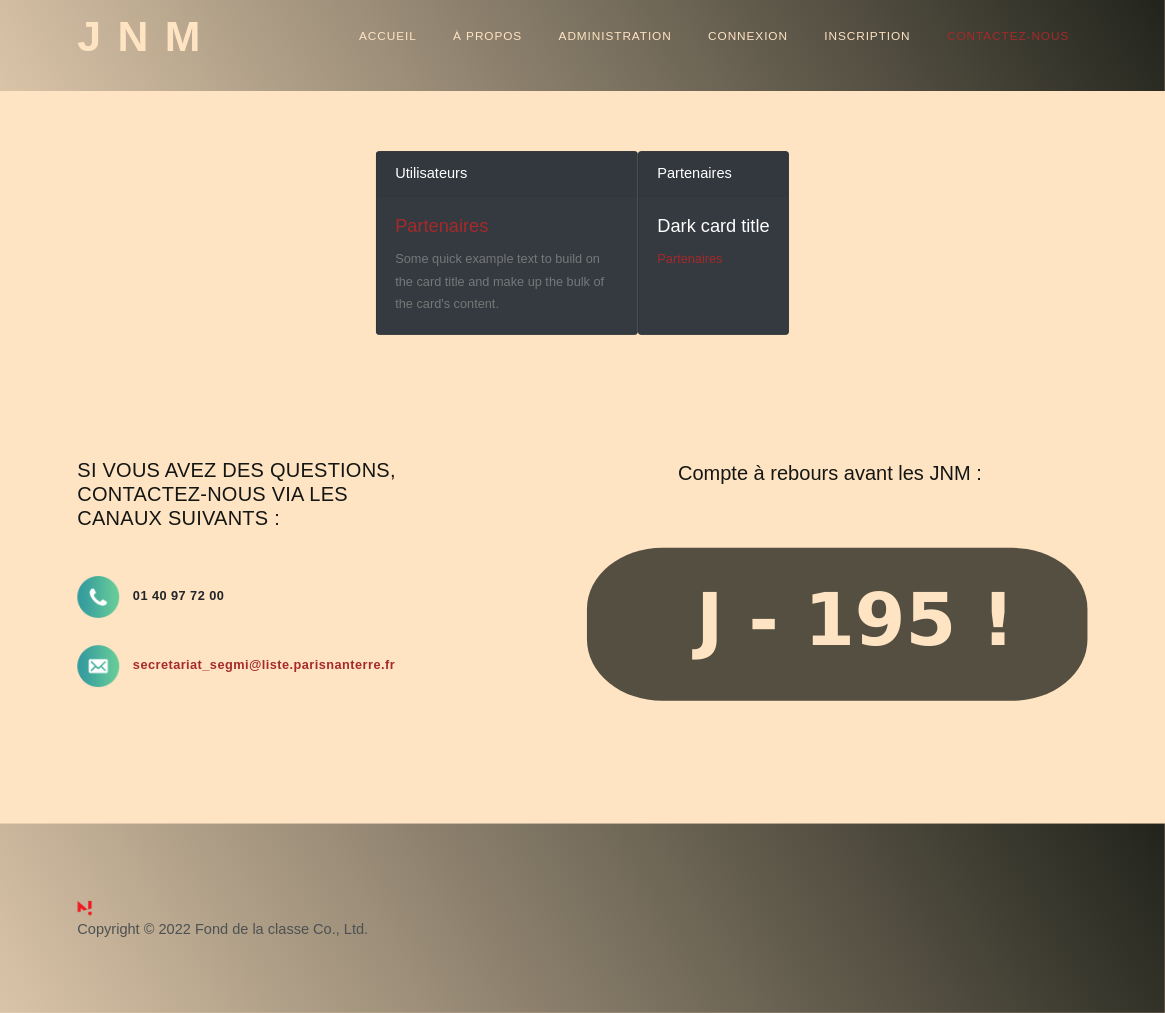
Repository: RiadNadri/ProjetWeb2022
Page: templates/Admin/admin.html.twig
The author's editor kept a copy of each file at every save. The page is drawn from the files as they stood at one save, then again after the next save.
The browser window is 1280 px wide. The pictures show the whole page, at 91% of full size.
Some web fonts or font styles are not loaded; a fallback is used. The page is a Twig template of a Symfony application; nobody is signed in and links lead nowhere. The template is opened directly, without the code that normally fills it, so the values that code supplies are empty.

Above is the page before, as saved 2022-12-24 17:29:07.

After the next save:
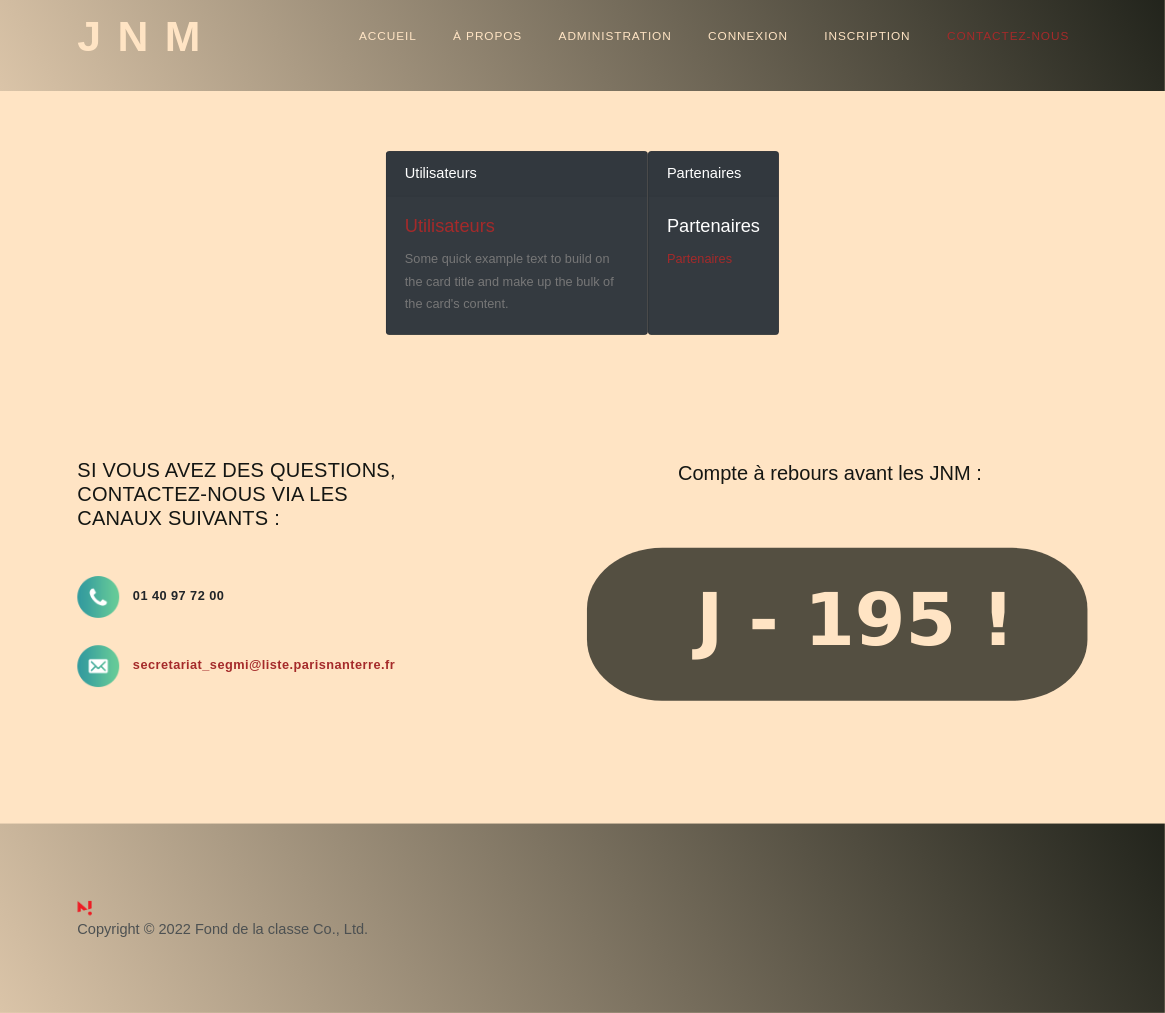
Saved 65 s later.
--- a/templates/Admin/admin.html.twig
+++ b/templates/Admin/admin.html.twig
@@ -30,7 +30,7 @@
     <div class="card text-white bg-dark mb-3" style="max-width: 18rem;">
     <div class="card-header">Utilisateurs</div>
     <div class="card-body">
-        <h5 class="card-title"><a  href="{{path('app_partenaire')}}">Partenaires</a></h5>
+        <h5 class="card-title"><a href="{{path('app_user')}}">Utilisateurs</a></h5>
         <p class="card-text">Some quick example text to build on the card title and make up the bulk of the card's content.</p>
     </div>
     </div>
@@ -38,7 +38,7 @@
     <div class="card text-white bg-dark mb-3" style="max-width: 18rem;">
     <div class="card-header">Partenaires</div>
     <div class="card-body">
-        <h5 class="card-title">Dark card title</h5>
+        <h5 class="card-title"<a  href="{{path('app_partenaire')}}">Partenaires</a></h5>
         <p class="card-text"><a  href="{{path('app_partenaire')}}">Partenaires</a></p>
     </div>
     </div>
